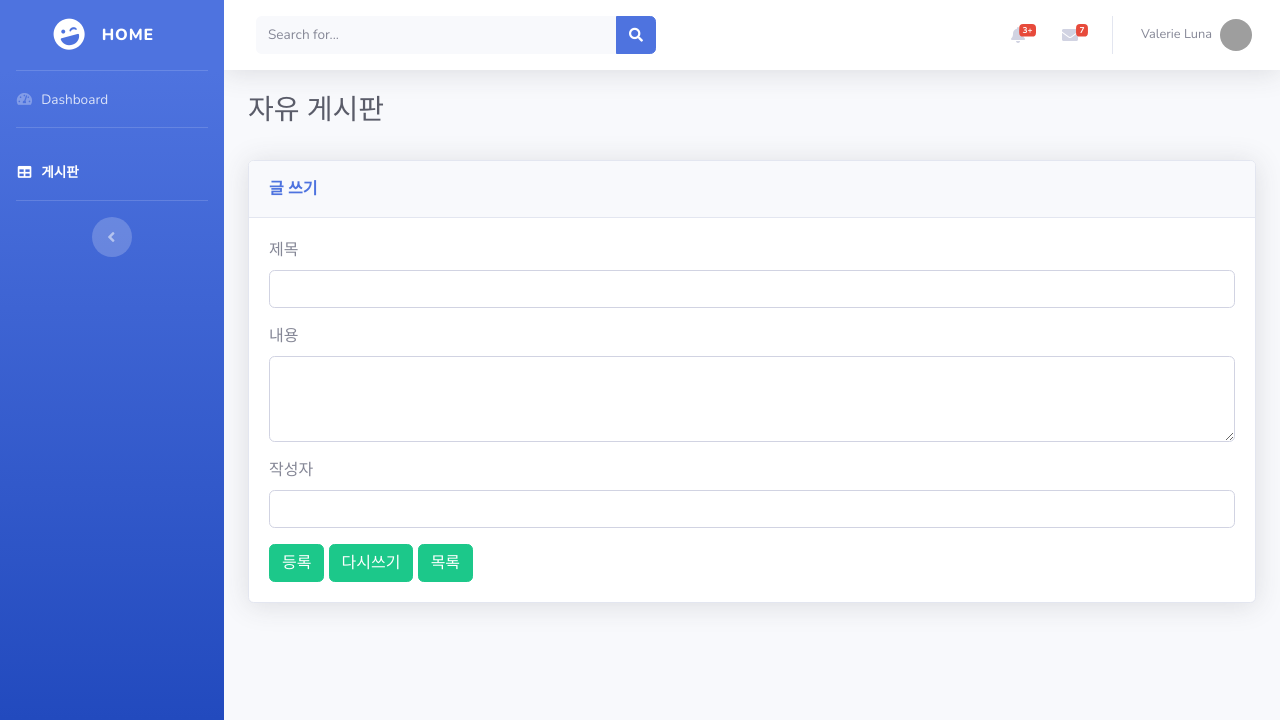
Repository: superThisMe/spring-basic
Page: http://localhost/06.spring-board-a/WEB-INF/views/board/update.jsp
These files come from the project's save history. The page is drawn as it stood at one moment and after the next save; the edit follows.
The browser window is 1280 px wide. The pictures show the whole page.
Pictures or frames that could not be fetched are drawn as grey boxes. The page is served by Tomcat 9. Nobody is signed in. The template is opened directly, without the code that normally fills it, so the values that code supplies are empty.

Above is the page before, as saved 2019-12-27 02:17:05.
Console error: TypeError: Cannot read properties of null (reading 'length')

After the next save:
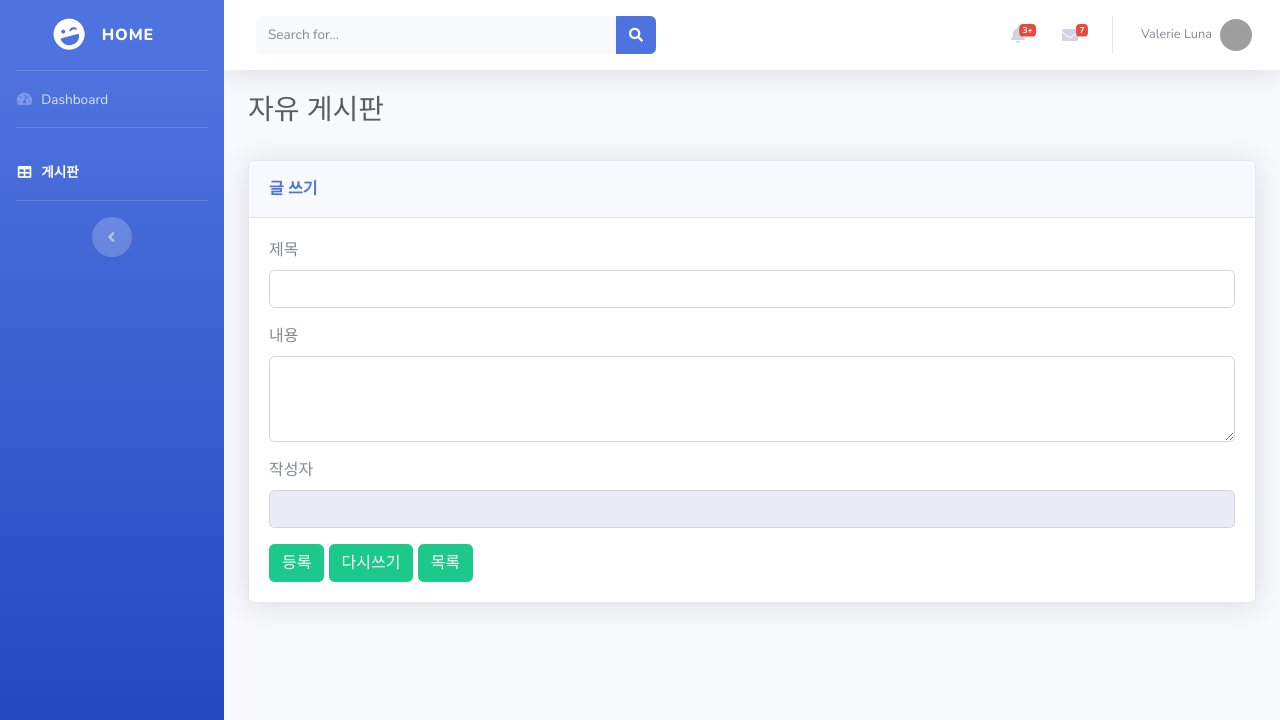
Saved 107 s later.
--- a/06.spring-board-a/src/main/webapp/WEB-INF/views/board/update.jsp
+++ b/06.spring-board-a/src/main/webapp/WEB-INF/views/board/update.jsp
@@ -85,6 +85,10 @@
 
   <script type="text/javascript">
 	$(function() {
+		$('#writer').attr({
+			'readonly' : 'readonly'
+		});
+
 		$('#tolist-button').on('click', function(event) {
 			location.href = "list.action";
 		});
